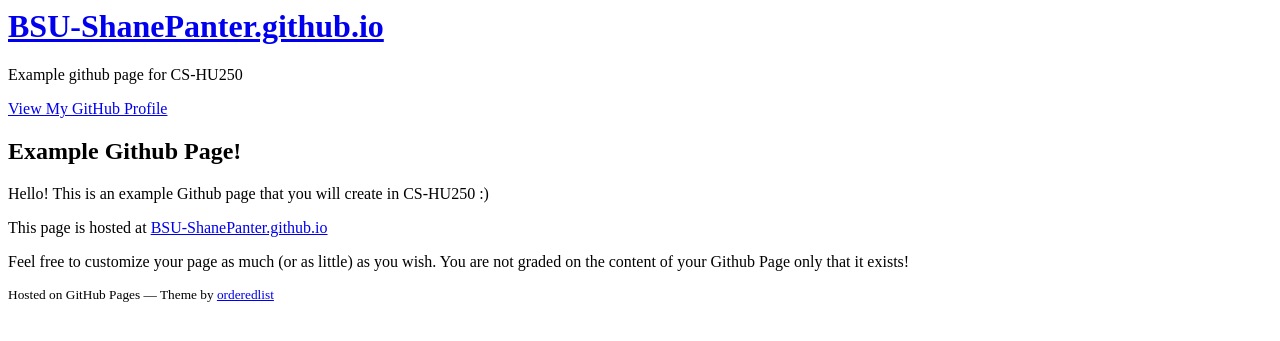
Repository: Nocturna2428/Nocturna2428.github.io
Page: home.html
The author's editor kept a copy of each file at every save. The page is drawn from the files as they stood at one save, then again after the next save.
The browser window is 1280 px wide. The pictures show the whole page.

Above is the page before, as saved 2025-02-13 23:20:45.
Not found: assets/css/style.css
Not found: assets/js/scale.fix.js

After the next save:
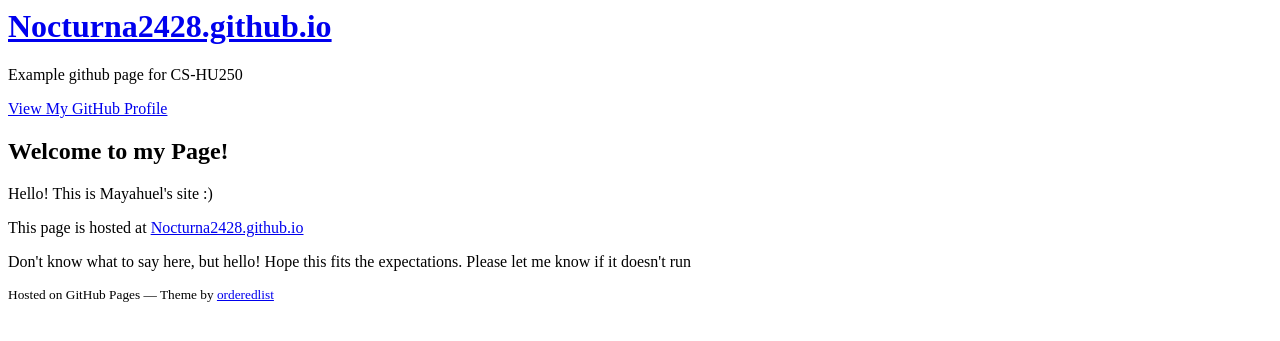
Saved 6 min 28 s later.
--- a/home.html
+++ b/home.html
@@ -17,7 +17,7 @@
 <meta name="twitter:card" content="summary">
 <meta property="twitter:title" content="Example Github Page!">
 <script type="application/ld+json">
-{"headline":"Example Github Page!","description":"Example github page for CS-HU250","url":"https://bsu-shanepanter.github.io/","@type":"WebSite","name":"BSU-ShanePanter.github.io","@context":"https://schema.org"}</script>
+{"headline":"Example Github Page!","description":"Example github page for CS-HU250","url":"https://Nocturna2428.github.io/","@type":"WebSite","name":"Nocturna2428.github.io","@context":"https://schema.org"}</script>
 <!-- End Jekyll SEO tag -->
 
     <link rel="stylesheet" href="/assets/css/style.css?v=7f8f96c0cb1db505003be6a688c3eebb289860d9">
@@ -28,7 +28,7 @@
   <body data-new-gr-c-s-check-loaded="14.1222.0" data-gr-ext-installed="">
     <div class="wrapper">
       <header>
-        <h1><a href="https://bsu-shanepanter.github.io/">BSU-ShanePanter.github.io</a></h1>
+        <h1><a href="https://Nocturna2428.github.io/">Nocturna2428.github.io</a></h1>
 
 
 
@@ -37,21 +37,21 @@
 
 
 
-        <p class="view"><a href="https://github.com/BSU-ShanePanter">View My GitHub Profile</a></p>
+        <p class="view"><a href="https://github.com/Nocturna2428">View My GitHub Profile</a></p>
 
 
 
       </header>
       <section>
 
-      <h2 id="example-github-page">Example Github Page!</h2>
+      <h2 id="example-github-page">Welcome to my Page!</h2>
 
-<p>Hello! This is an example Github page that you will create in CS-HU250 :)</p>
+<p>Hello! This is Mayahuel's site :)</p>
 
-<p>This page is hosted at <a href="https://BSU-ShanePanter.github.io">BSU-ShanePanter.github.io</a></p>
+<p>This page is hosted at <a href="https://Nocturna2428.github.io">Nocturna2428.github.io</a></p>
 
-<p>Feel free to customize your page as much (or as little) as you wish. You are
-not graded on the content of your Github Page only that it exists!</p>
+<p>Don't know what to say here, but hello! Hope this fits the expectations.
+    Please let me know if it doesn't run </p>
 
 
       </section>
